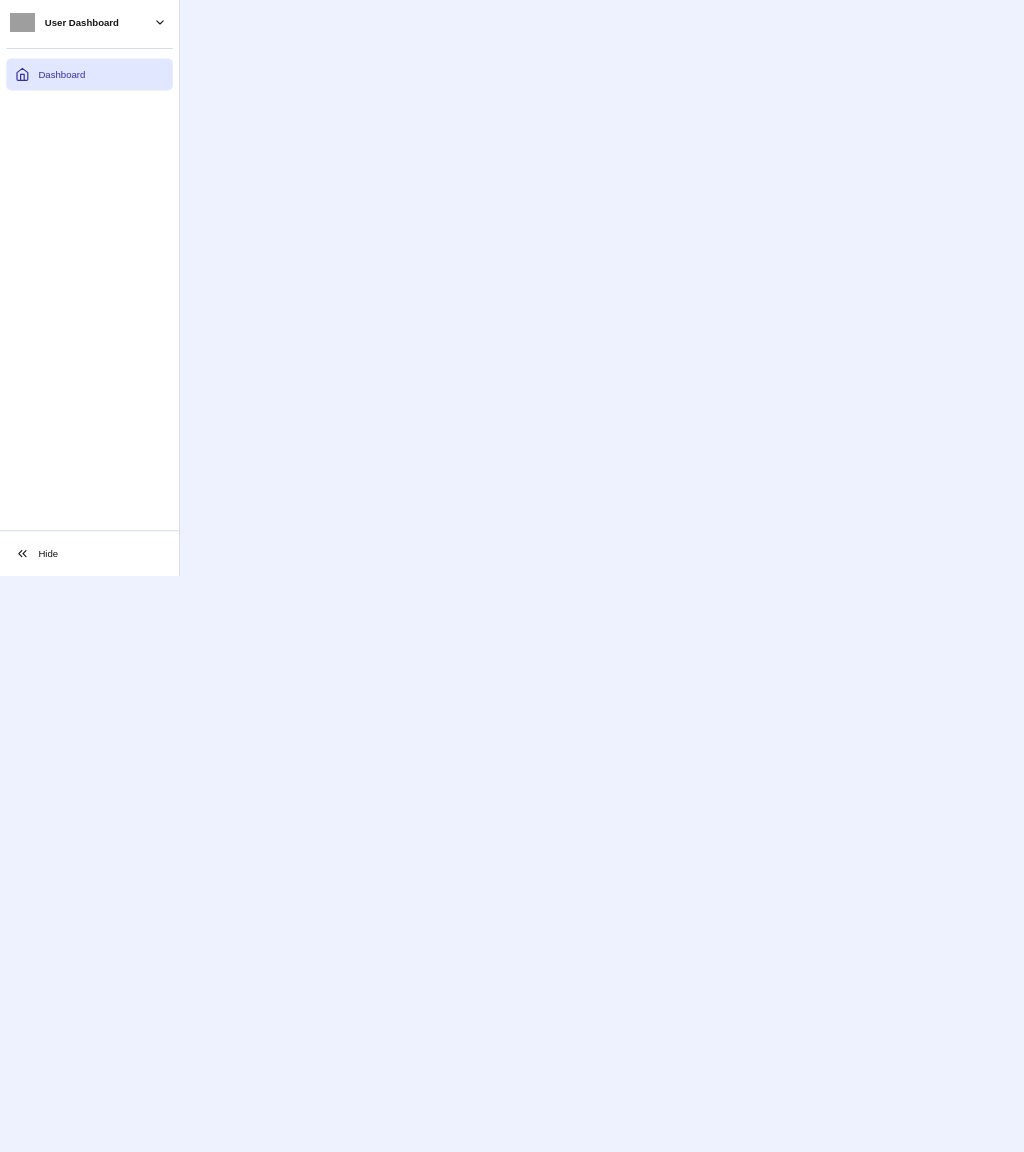
Repository: Ademaulana100499/userdashboard
Page: /
These files come from the project's save history. The page is drawn as it stood at one moment and after the next save; the edit follows.
The browser window is 1280 px wide. The pictures show the whole page, at 80% of full size.
Pictures or frames that could not be fetched are drawn as grey boxes. The project was rebuilt for these pictures with package versions that can differ from the ones it lists, and the page was loaded fresh each time. The framework's server and built-in components were replaced by stand-ins that run in the browser. Also part of the build but not shown: next.config.mjs.

Above is the page before, as saved 2025-02-14 17:44:47.

After the next save:
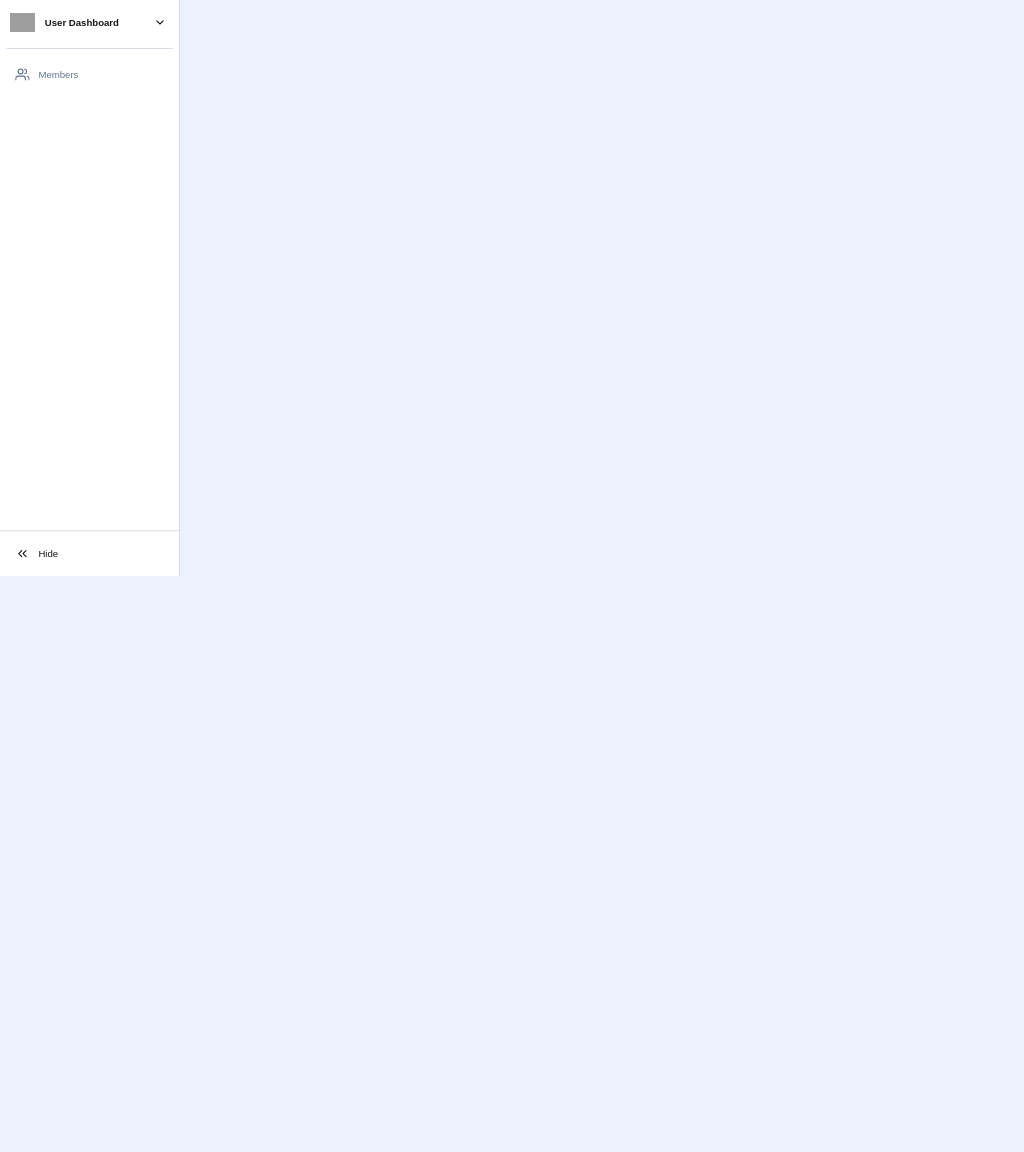
Saved 53 s later.
--- a/src/pages/index.js
+++ b/src/pages/index.js
@@ -38,8 +38,8 @@ const Sidebar = () => {
 
       <div className="space-y-1">
         <Option
-          Icon={FiHome}
-          title="Dashboard"
+          Icon={FiUsers}
+          title="Members"
           selected={selected}
           setSelected={setSelected}
           open={open}
